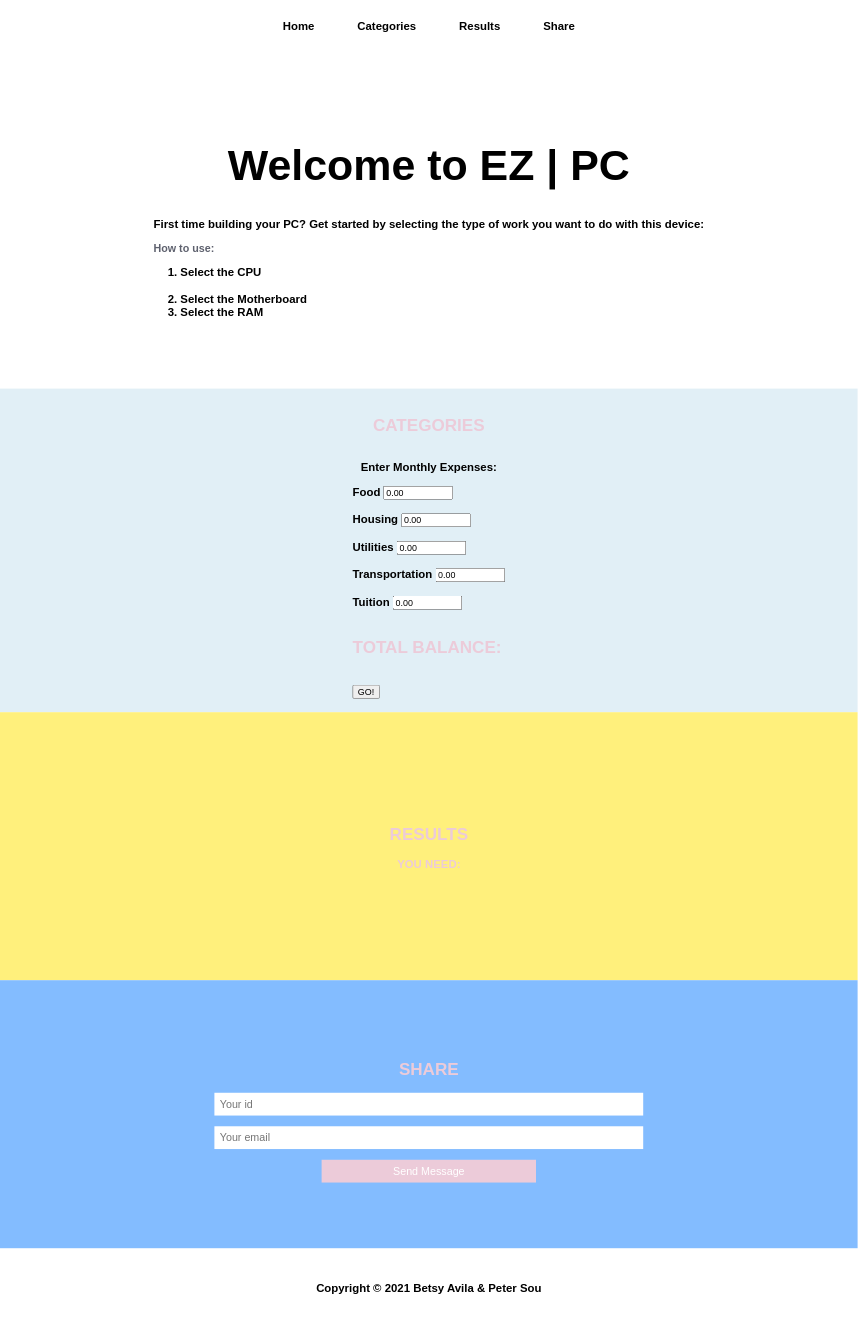
Repository: Peter-Sou/CSE-111-Project-1
Page: http://localhost/
The author's editor kept a copy of each file at every save. The page is drawn from the files as they stood at one save, then again after the next save.
The browser window is 1280 px wide. The pictures show the whole page, at 67% of full size.
Some web fonts or font styles are not loaded; a fallback is used. The page is served by the project's application, run on Django 3.2 (manage.py).

Above is the page before, as saved 2021-12-07 18:31:05.

After the next save:
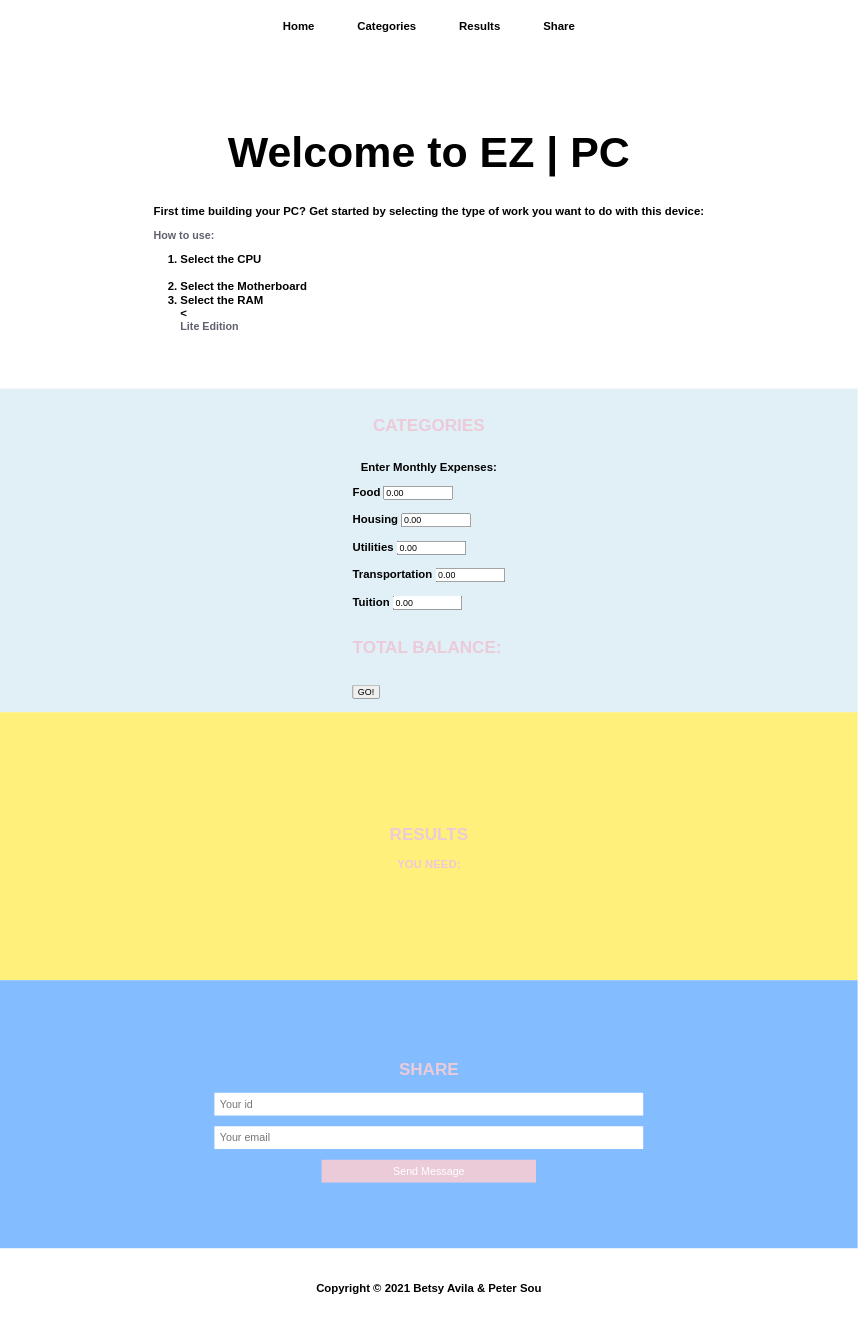
Saved 4 s later.
--- a/ezPC/EZPCAPP/templates/EZPCAPP/hi.html
+++ b/ezPC/EZPCAPP/templates/EZPCAPP/hi.html
@@ -32,6 +32,7 @@
                 <br>
                 <li>Select the Motherboard</li>
                 <li>Select the RAM</li>
+                <<h3>Lite Edition</h3>
                 </ol>
         </div>
         {% comment %} <img src="assets/profile_professional.jpg"> {% endcomment %}
